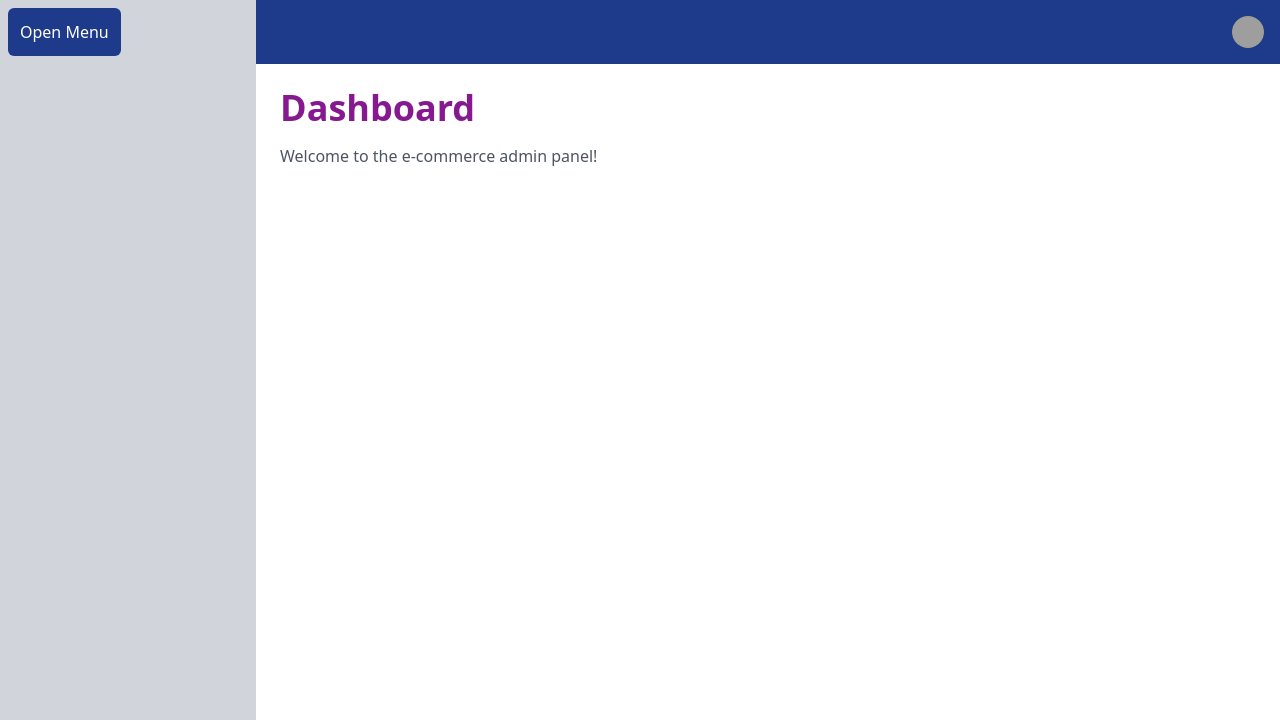
Repository: alizey12/POS-React-website
Page: /dashboard
The author's editor kept a copy of each file at every save. The page is drawn from the files as they stood at one save, then again after a run of saves.
The browser window is 1280 px wide. The pictures show the whole page.
Pictures or frames that could not be fetched are drawn as grey boxes. The project was rebuilt for these pictures with package versions that can differ from the ones it lists, and the page was loaded fresh each time. Also part of the build but not shown: vite.config.js, src/login.jsx.

Above is the page before, as saved 2024-12-31 16:10:19.

After the next 2 saves:
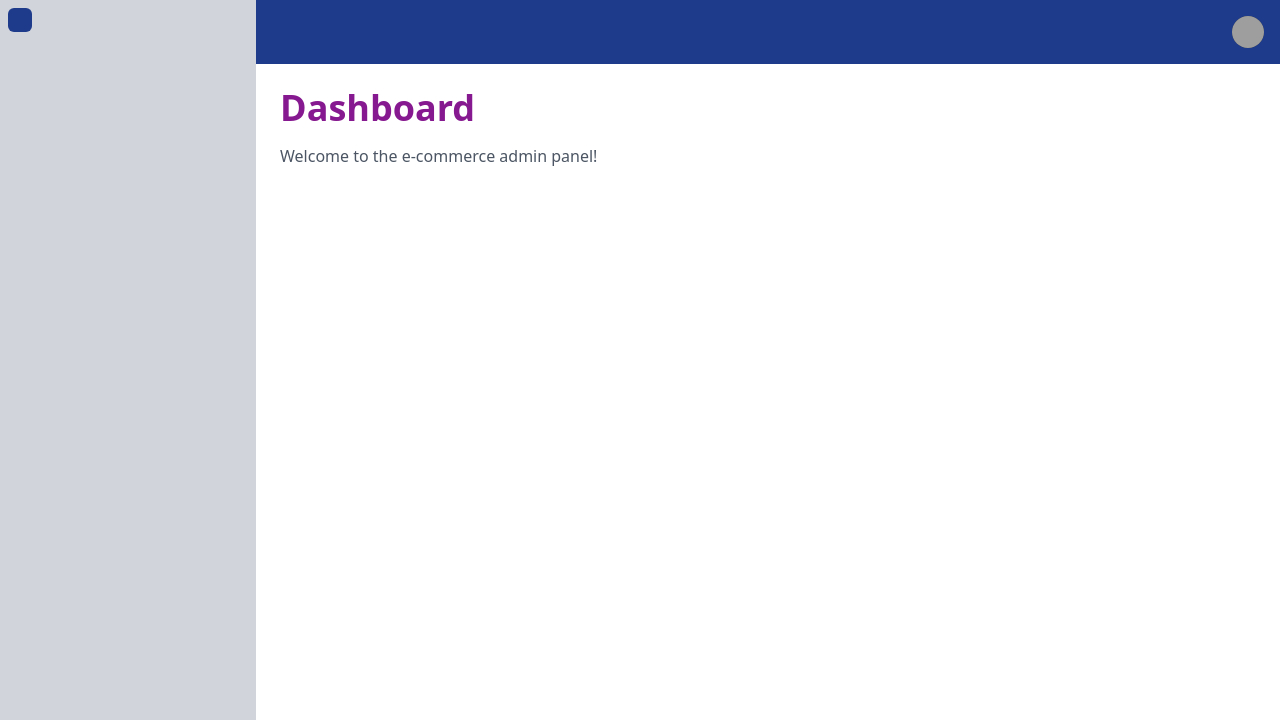
The 2 saves are shown as one change because they came seconds apart.
The last was saved 14 min 58 s later.
--- a/src/sidebar.jsx
+++ b/src/sidebar.jsx
@@ -12,7 +12,7 @@ const Sidebar = () => {
         onClick={toggleSidebar}
         className="p-3 m-2 bg-blue-900 text-white rounded-md focus:outline-none"
       >
-        {isOpen ? 'Close Menu' : 'Open Menu'}
+        {isOpen ? 'Close Menu' : ''}
       </button>
 
       <aside
